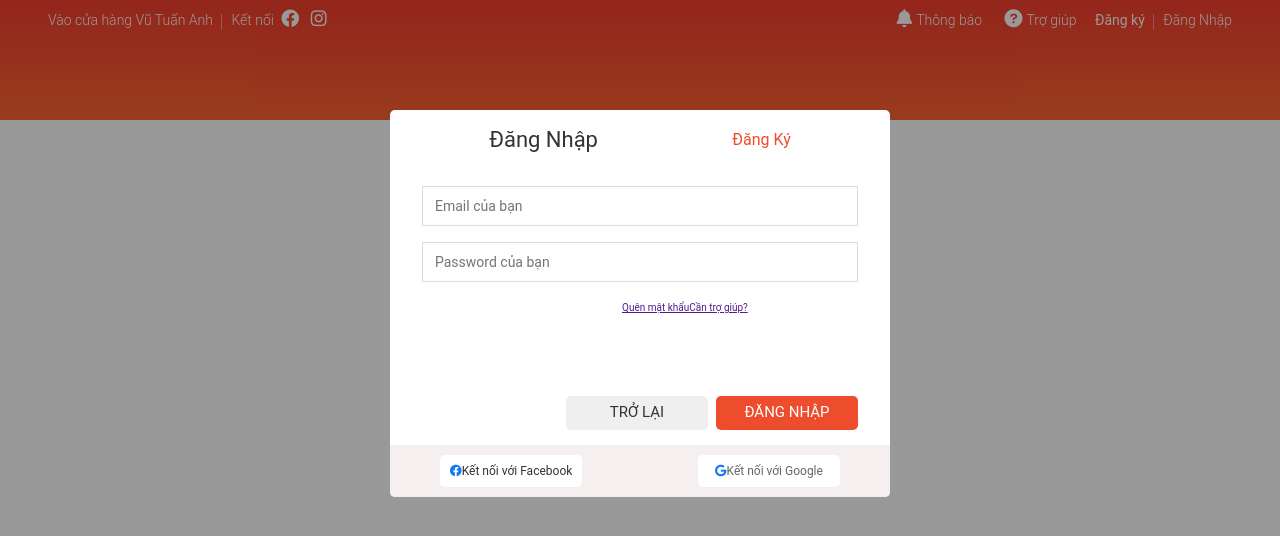
Repository: VuTuanAnh0949/Shopee
Page: index.html
The author's editor kept a copy of each file at every save. The page is drawn from the files as they stood at one save, then again after the next save.
The browser window is 1280 px wide. The pictures show the whole page.

Above is the page before, as saved 2022-02-16 15:55:50.

After the next save:
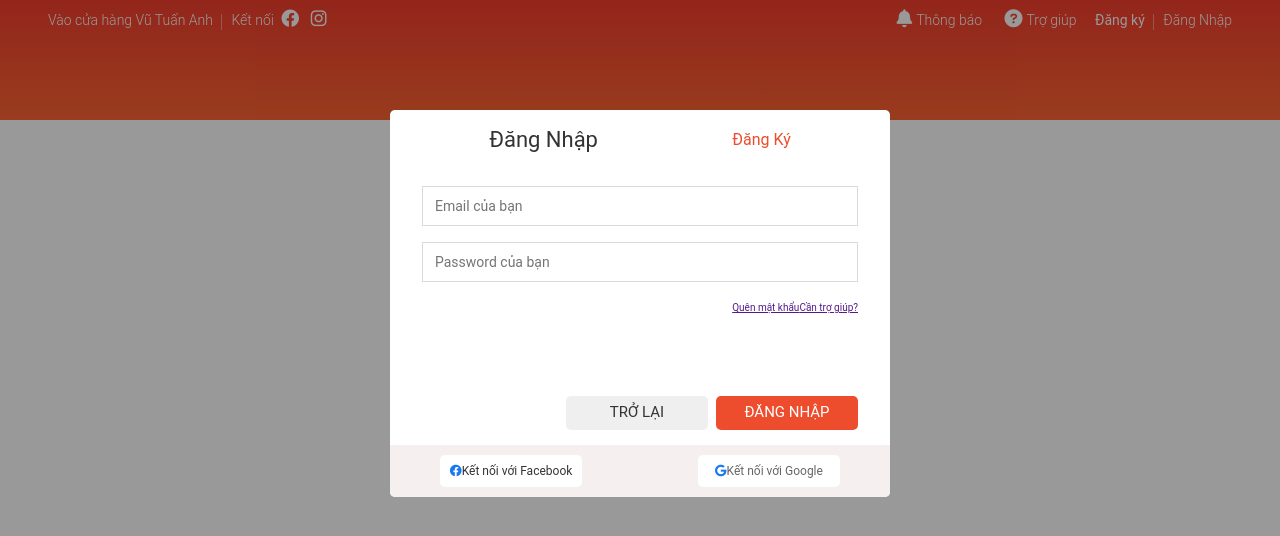
Saved 12 s later.
--- a/assets/css/main.css
+++ b/assets/css/main.css
@@ -315,5 +315,5 @@ margin:10px 50px;
 }
 .auth-form__help{
   display: flex;
-margin-left: 200px;
-}
+justify-content: end;
+}
